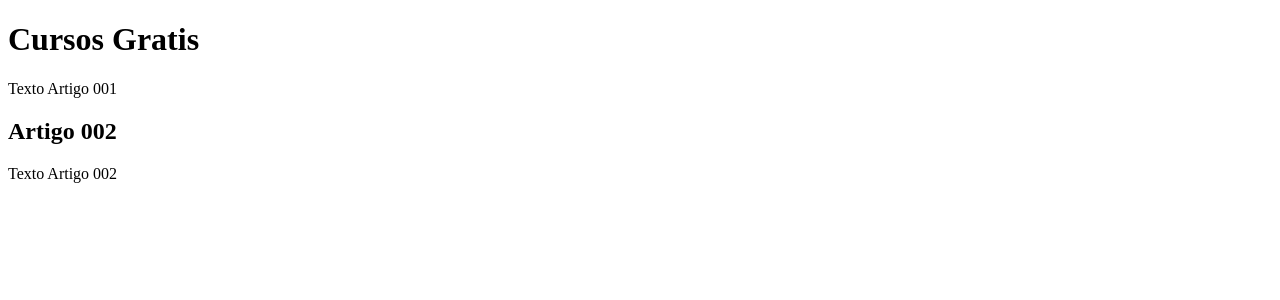
Repository: AnthonyLuanSantos/projeto-site
Page: index.html
The author's editor kept a copy of each file at every save. The page is drawn from the files as they stood at one save, then again after the next save.
The browser window is 1280 px wide. The pictures show the whole page.

Above is the page before, as saved 2024-08-18 20:38:24.

### index.html
<!DOCTYPE html>
<html lang="pt-br">
<head>
    <meta charset="UTF-8">
    <meta name="viewport" content="width=device-width, initial-scale=1.0">
    <title>Título do Site</title>
</head>
<body>
    <main>
        <header>
            <h1>Cursos Gratis</h1>
        </header>
        <article>
</h2>
            <p>Texto Artigo 001</p>
        </article>
        <article>
            <h2>Artigo 002</h2>
            <p>Texto Artigo 002</p>
        </article>
    </main>
</body>
</html>

After the next save:
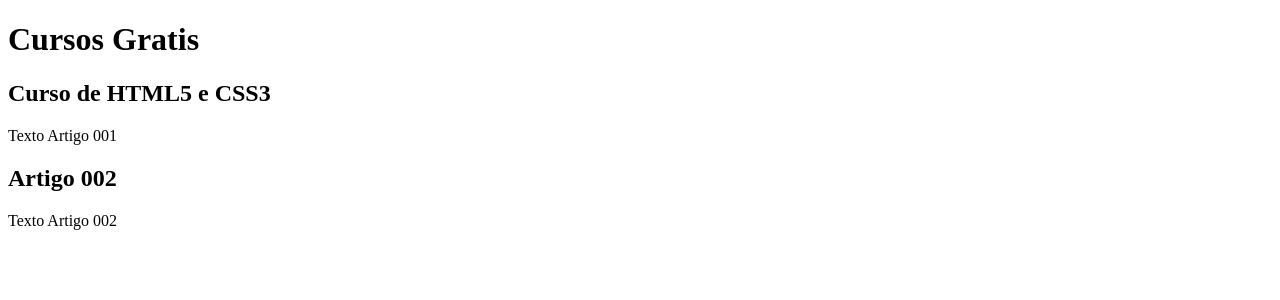
Saved 4 s later.
--- a/index.html
+++ b/index.html
@@ -11,7 +11,7 @@
             <h1>Cursos Gratis</h1>
         </header>
         <article>
-</h2>
+            <h2>Curso de HTML5 e CSS3</h2>
             <p>Texto Artigo 001</p>
         </article>
         <article>
